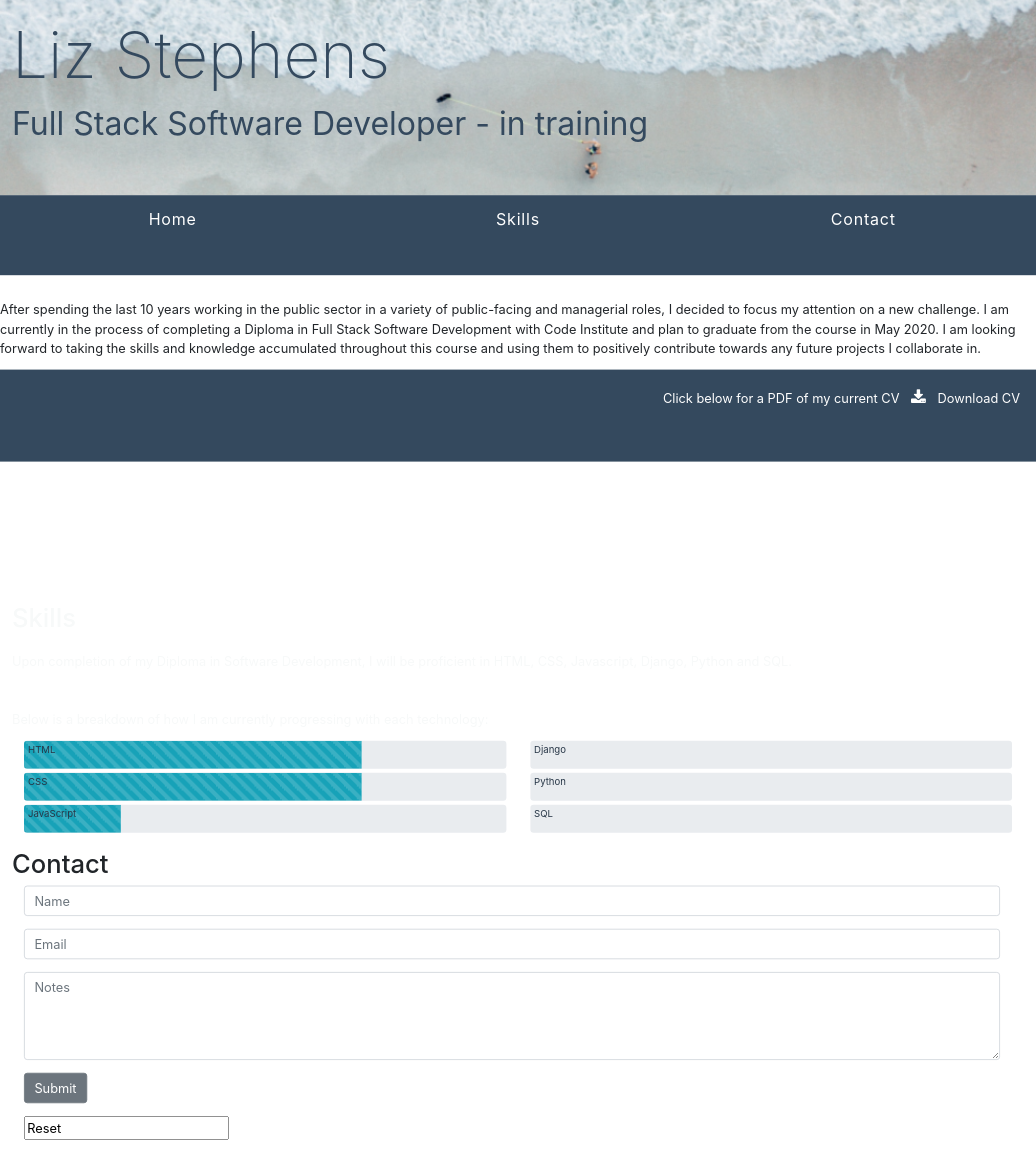
Repository: Liz94688/portfolio-site
Page: index.html
The author's editor kept a record of every edit. The page is drawn from the files as they stood at one moment, then again after the next edit.
The browser window is 1280 px wide. The page is 1295 px wide, so the pictures cover 1295 px, including what lies to the right of the window. The pictures show the whole page, at 80% of full size.

Above is the page before.

### index.html
<!DOCTYPE html>
<html lang="en">

<head>
    <meta charset="UTF-8">
    <meta name="viewport" content="width=device-width, initial-scale=1.0">
    <meta http-equiv="X-UA-Compatible" content="ie=edge">
    <link rel="stylesheet" href="https://stackpath.bootstrapcdn.com/bootstrap/4.3.1/css/bootstrap.min.css" type="text/css" />
    <link rel="stylesheet" href="https://stackpath.bootstrapcdn.com/font-awesome/4.7.0/css/font-awesome.min.css" type="text/css" />
    <link rel="stylesheet" href="assets/css/style.css" type="text/css" />
    <title>Liz Stephens Portfolio - Full Stack Web Developer</title>
</head>

<body>
    <header>
        <div class="row header-image">
            <div class="col">
                <h1 class="header-name">Liz Stephens</h1>
                <h2 class="header-title">Full Stack Software Developer - in training</h2>
            </div>
        </div>

        <div class="row header-nav">
            <div class="col">
                <ul id="nav" class="list-inline header-nav-container">
                    <li class="col-sm-4 header-nav-color-home header-nav-item list-inline-item">
                        <a href="#"><span>Home</span></a>
                    </li>
                    <li class="col-sm-4 header-nav-color-skills header-nav-item list-inline-item">
                        <a href="#"><span>Skills</span></a>
                    </li>
                    <li class="col-sm-4 header-nav-color-contact header-nav-item list-inline-item">
                        <a href="#"><span>Contact</span></a>
                    </li>
                </ul>
            </div>
        </div>
        </div>
    </header>
    <section>





        After spending the last 10 years working in the public sector in a variety of public-facing and managerial roles, I decided to focus my attention on a new challenge. I am currently in the process of completing a Diploma in Full Stack Software Development
        with Code Institute and plan to graduate from the course in May 2020. I am looking forward to taking the skills and knowledge accumulated throughout this course and using them to positively contribute towards any future projects I collaborate
        in.



    </section>
    <footer>
        <div class="row footer-nav">
            <div class="col footer-nav-item">
                <p>Click below for a PDF of my current CV
                    <a href="#" target="_blank" class="download-icon"><i class="fa fa-download" aria-hidden="true"></i><span> Download CV </span></a>

            </div>
        </div>
    </footer>
</body>

</html>











































<!--*****Skills*****-->
<section id="skills-intro ">
    <div class="container-fluid ">
        <div class="row ">
            <h2 class="skills-title ">
                Skills
            </h2>
        </div>
        <div class="row ">
            <p class="skills-progression ">Upon completion of my Diploma in Software Development, I will be proficient in HTML, CSS, Javascript, Django, Python and SQL.</p>
            <br>
            <br>
            <br>
            <p class="skills-progression ">Below is a breakdown of how I am currently progressing with each technology:</p>
        </div>
        <div class="row progress-bars ">
            <div class="col-sm-12 col-md-6 ">
                <div class="progress ">
                    <div class="progress-bar-animated progress-bar-striped bg-info " role="progressbar " style="width: 70% " aria-valuenow="70 " aria-valuemin="0 " aria-valuemax="100 ">
                        <span class="sr-only ">70% complete</span>
                    </div>
                    <span class="progress-type ">HTML</span>
                </div>
                <div class="progress ">
                    <div class="progress-bar-animated progress-bar-striped bg-info " role="progressbar " style="width: 70% " aria-valuenow="70 " aria-valuemin="0 " aria-valuemax="100 ">
                        <span class="sr-only ">70% complete</span>
                    </div>
                    <span class="progress-type ">CSS</span>
                </div>
                <div class="progress ">
                    <div class="progress-bar-animated progress-bar-striped bg-info " role="progressbar " style="width: 20% " aria-valuenow="20 " aria-valuemin="0 " aria-valuemax="100 ">
                        <span class="sr-only ">20% complete</span>
                    </div>
                    <span class="progress-type ">JavaScript</span>
                </div>
            </div>
            <div class="col-sm-12 col-md-6 ">
                <div class="progress ">
                    <div class="progress-bar-animated progress-bar-striped bg-info " role="progressbar " style="width: 0% " aria-valuenow="0 " aria-valuemin="0 " aria-valuemax="100 ">
                        <span class="sr-only ">0% complete</span>
                    </div>
                    <span class="progress-type ">Django</span>
                </div>
                <div class="progress ">
                    <div class="progress-bar-animated progress-bar-striped bg-info " role="progressbar " style="width: 0% " aria-valuenow="0 " aria-valuemin="0 " aria-valuemax="100 ">
                        <span class="sr-only ">0% complete</span>
                    </div>
                    <span class="progress-type ">Python</span>
                </div>
                <div class="progress ">
                    <div class="progress-bar-animated progress-bar-striped bg-info " role="progressbar " style="width: 0% " aria-valuenow="0 " aria-valuemin="0 " aria-valuemax="100 ">
                        <span class="sr-only ">0% complete</span>
                    </div>
                    <span class="progress-type ">SQL</span>
                </div>
            </div>
        </div>
    </div>
</section>

<!--*****Contact Me*****-->
<section id="contact-me ">
    <div class="container-fluid ">
        <div class="contact-title ">
            <h2>
                Contact
            </h2>
        </div>
        <div class="contact-form ">
            <div class="contact-groups col-sm-12 ">
                <form>
                    <div class=" form-group ">
                        <input type="text " name="Name " class="form-control " placeholder="Name " required>
                    </div>
                    <div class="form-group ">
                        <input type="email " name="Email " class="form-control " placeholder="Email " required>
                    </div>
                    <div class="form-group ">
                        <textarea rows="4 " name="Notes " class="form-control " placeholder="Notes "></textarea>
                    </div>

                    <div class="form-group ">
                        <button type="submit " class="btn btn-secondary ">Submit</button>
                    </div>
                    <div class="form-group ">
                        <input type="reset " value="Reset ">
                    </div>
                </form>
            </div>
        </div>
    </div>
</section>

### assets/css/style.css
@import url('https://fonts.googleapis.com/css?family=Montserrat&display=swap:100,200,300,400,500,600,700');

/*------------------------------Header*/

header {
    margin: 0;
}

.header-image {
    background-image: url('../images/welcome-view.jpg');
    background-position: center;
    background-repeat: no-repeat;
    background-size: cover;
    min-height: 240px;
    transition: all .5s ease-in-out;
    -moz-transition: all .5s ease-in-out;
    -webkit-transition: all .5s ease-in-out;
}

.header-name {
    font-weight: 200;
    font-size: 80px;
    color: #34495E;
    margin-top: 20px;
    padding-left: 15px;
}

.header-title {
    font-weight: 400;
    font-size: 40px;
    color: #34495E;
    margin-top: 15px;
    margin-bottom: 50px;
    padding-left: 15px;
}

/*------------------------------Header-Nav*/

.col {
    padding: 0;
}

ul {
    background-color: #34495E;
}

li a {
    color: #fff;
    padding: 0;
    text-decoration: none;
}

.list-inline-item:not(:last-child) {
    margin: 0;
}

.header-nav-container {
    font-size: 0;
}

#nav li {
    padding: 0;
}

.header-nav-item {
    height: 100px;
    text-align: center;
}

.header-nav-item a {
    width: 100%;
    text-decoration: none;
    color: #fff;
}

.header-nav-item span {
    display: block;
    padding-top: 15px;
    font-size: 20px;
    letter-spacing: 1px;
}

.header-nav-color-home:hover {
    background-color: #2980B9;
}

.header-nav-color-skills:hover {
    background-color: #1ABC9C;
}

.header-nav-color-contact:hover {
    background-color: #EC7063;
}

.header-nav-color-home.active {
    background-color: #2980B9;
}

.header-nav-color-skills.active {
    background-color: #1ABC9C;
}

.header-nav-color-contact.active {
    background-color: #EC7063;
}

/*----------About Me----------*/

/*----------Skills----------*/

#skills-intro {
    background-color: #393938;
    background-size: cover;
    height: 100vh;
    width: 100vw;
    margin-bottom: 0px;
    margin-top: 0px;
}

.container {
    margin: 0;
}

.skills-title {
    padding-top: 10%;
    color: #F7F9F9;
}

.skills-progression {
    margin: 0;
    color: #F7F9F9;
}

.row {
    padding-left: 15px;
    padding-bottom: 15px;
    color: #283747
}

.progress {
    position: relative;
    height: 35px;
    margin-bottom: 5px;
}

.progress-type {
    position: absolute;
    color: #283747;
    left: 0px;
    padding: 2px 30px 2px 5px;
}

/*----------Contact----------*/

/*----------Footer----------*/

footer {
    min-height: 100px;
    margin: 0;
}

.footer-nav {
    background-color: #34495E;
    margin-top: 15px;
    margin-bottom: 50px;
}

.footer-nav-item {
    height: 100px;
    text-align: right;
    padding: 15px 20px;
    color: #fff;
}

.footer-nav-item a {
    text-decoration: none;
    color: #fff;
}

.footer-nav-item a i {
    font-size: 20px;
    padding: 10px;
}

After the next edit:
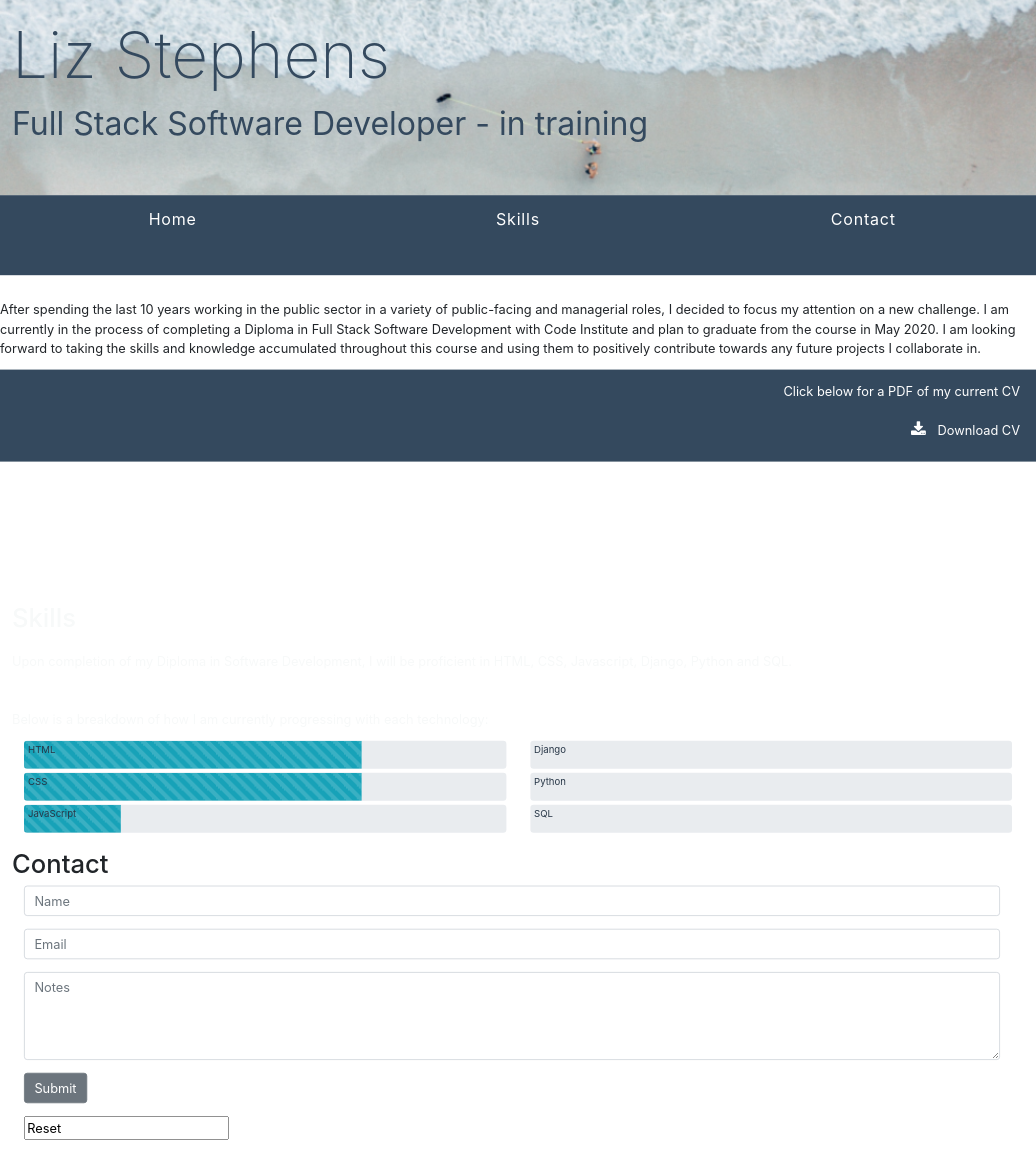
The edit:
--- a/index.html
+++ b/index.html
@@ -53,9 +53,8 @@
     <footer>
         <div class="row footer-nav">
             <div class="col footer-nav-item">
-                <p>Click below for a PDF of my current CV
-                    <a href="#" target="_blank" class="download-icon"><i class="fa fa-download" aria-hidden="true"></i><span> Download CV </span></a>
-
+                <p>Click below for a PDF of my current CV</p>
+                <a href="./assets/Liz_CV.pdf" target="_blank"><i class="fa fa-download" aria-hidden="true"></i><span> Download CV </span></a>
             </div>
         </div>
     </footer>
